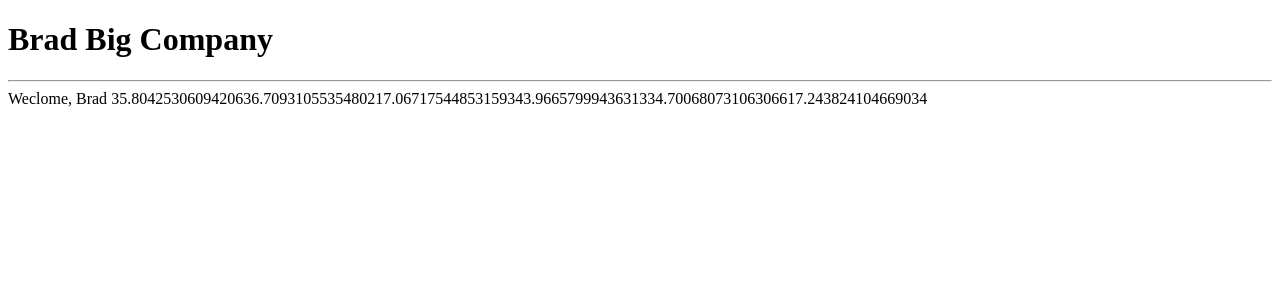
Repository: jessie9527/Java_Brad
Page: http://localhost/BradWeb/Brad30.jsp
An editor plug-in stored every save of this project. The page is shown before and after the next save, followed by the edit.
The browser window is 1280 px wide. The pictures show the whole page.
The page is served by Tomcat 9.

Above is the page before, as saved 2023-05-10 08:08:20.

After the next save:
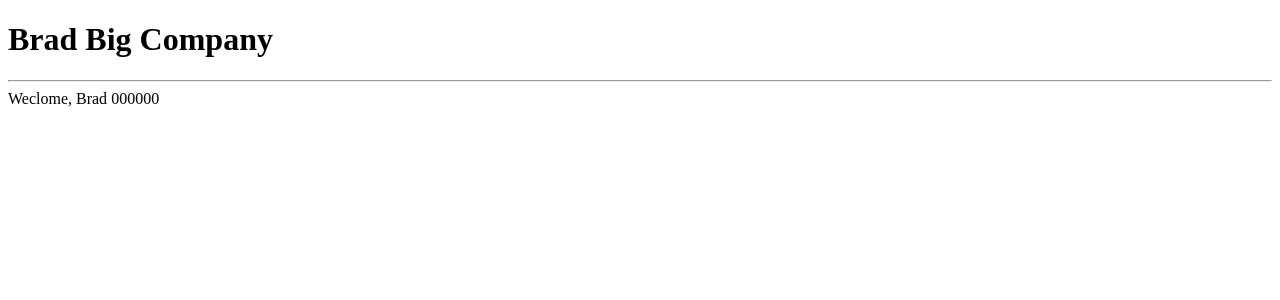
Saved 20 s later.
--- a/BradWeb/src/main/webapp/Brad30.jsp
+++ b/BradWeb/src/main/webapp/Brad30.jsp
@@ -11,7 +11,7 @@
 		<hr />
 		Weclome, <% out.print("Brad"); %>	<!-- jsp隱含物件 -->
 		<% for(int i=0; i<6 ; i++){
-			out.print(Math.random()*49) ;
+			out.print((int)Math.random()*49) ;
 		}%>
 	</body>
 </html>
